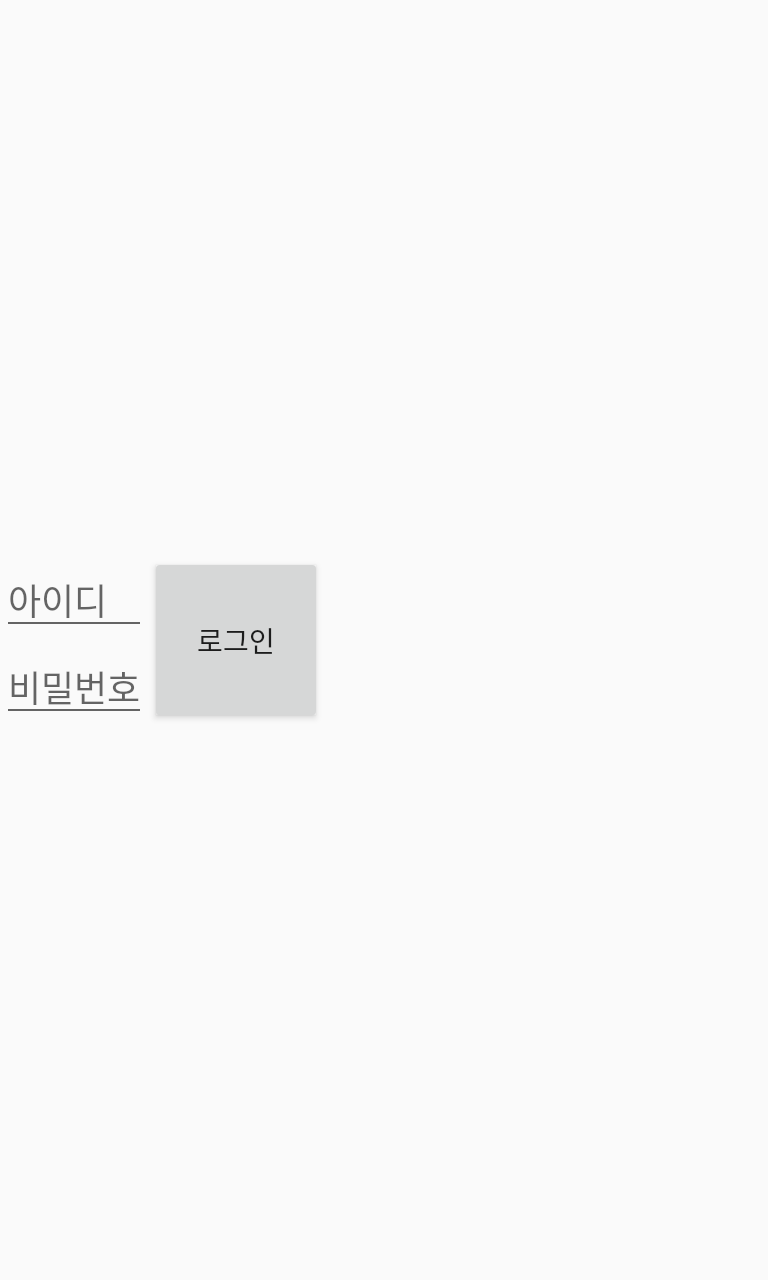
Repository: tae-jun/android
Layout: h1024_MulitipleActivities/res/layout/activity_main.xml
The author's editor kept a copy of each file at every save. The layout is drawn from the files as they stood at one save, then again after a run of saves.
It is drawn on a 768 x 1280 px phone screen (xhdpi) without system bars, with theme AppTheme; the app's code is not run.

Above is the layout before, as saved 2014-10-23 14:30:31.

### h1024_MulitipleActivities/res/layout/activity_main.xml
<LinearLayout xmlns:android="http://schemas.android.com/apk/res/android"
    xmlns:tools="http://schemas.android.com/tools"
    android:layout_width="match_parent"
    android:layout_height="match_parent"
    android:orientation="vertical"
    android:gravity="center"
    tools:context="${relativePackage}.${activityClass}" >

    <LinearLayout
        android:layout_width="match_parent"
        android:layout_height="wrap_content"
        android:layout_gravity="center_horizontal"
        android:orientation="horizontal" >

        <LinearLayout
            android:layout_width="wrap_content"
            android:layout_height="wrap_content"
            android:orientation="vertical" >

            <EditText
                android:layout_width="match_parent"
                android:layout_height="wrap_content"
                android:hint="아이디" />

            <EditText
                android:layout_width="match_parent"
                android:layout_height="wrap_content"
                android:hint="비밀번호" />
        </LinearLayout>

        <Button
            android:layout_width="wrap_content"
            android:layout_height="match_parent"
            android:text="로그인" />
    </LinearLayout>

</LinearLayout>

Loaded but not shown: h1024_MulitipleActivities/res/values/styles.xml (common file); h1024_MulitipleActivities/res/values-v11/styles.xml (common file); h1024_MulitipleActivities/res/values-v14/styles.xml (common file)

After the next 2 saves:
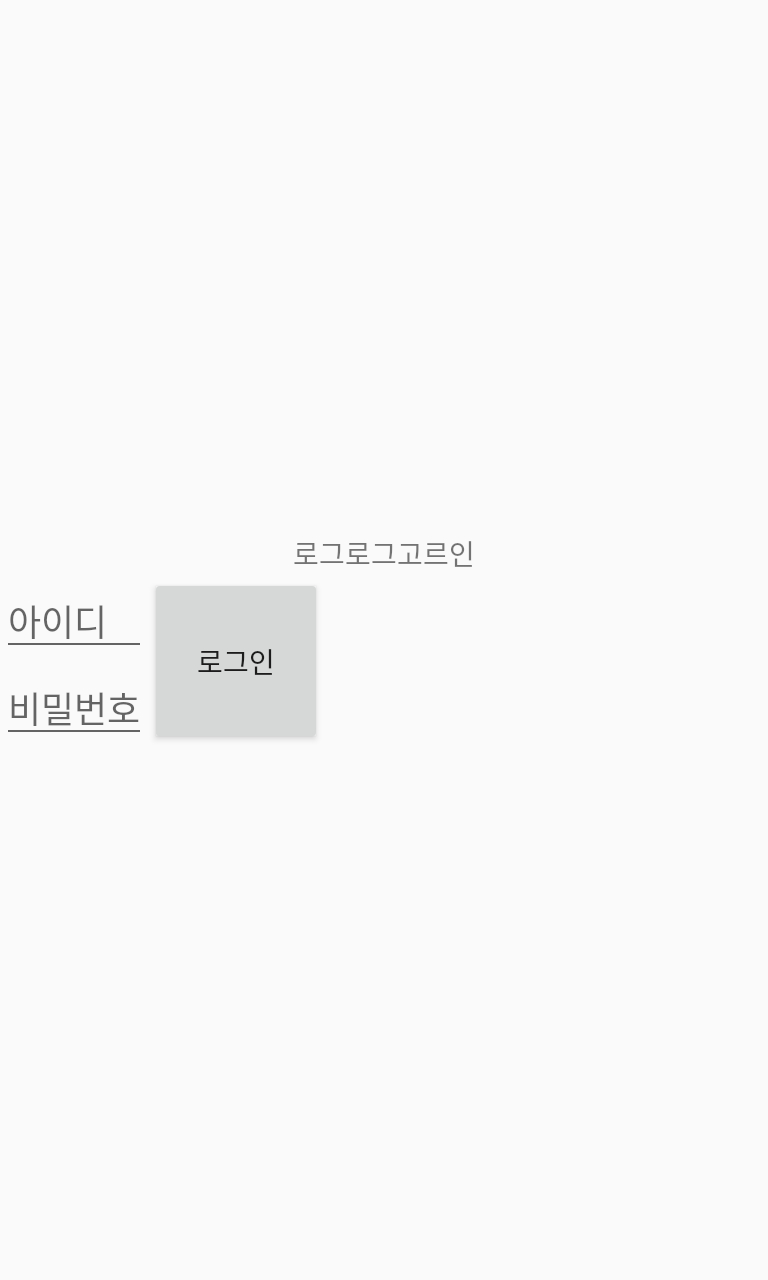
The 2 saves are shown as one change because they came seconds apart.
The last was saved 89 s later.
--- a/h1024_MulitipleActivities/res/layout/activity_main.xml
+++ b/h1024_MulitipleActivities/res/layout/activity_main.xml
@@ -2,9 +2,15 @@
     xmlns:tools="http://schemas.android.com/tools"
     android:layout_width="match_parent"
     android:layout_height="match_parent"
+    android:gravity="center"
     android:orientation="vertical"
-    android:gravity="center"
     tools:context="${relativePackage}.${activityClass}" >
+
+    <TextView
+        android:layout_width="match_parent"
+        android:layout_height="wrap_content"
+        android:gravity="center_horizontal"
+        android:text="로그로그고르인" />
 
     <LinearLayout
         android:layout_width="match_parent"
